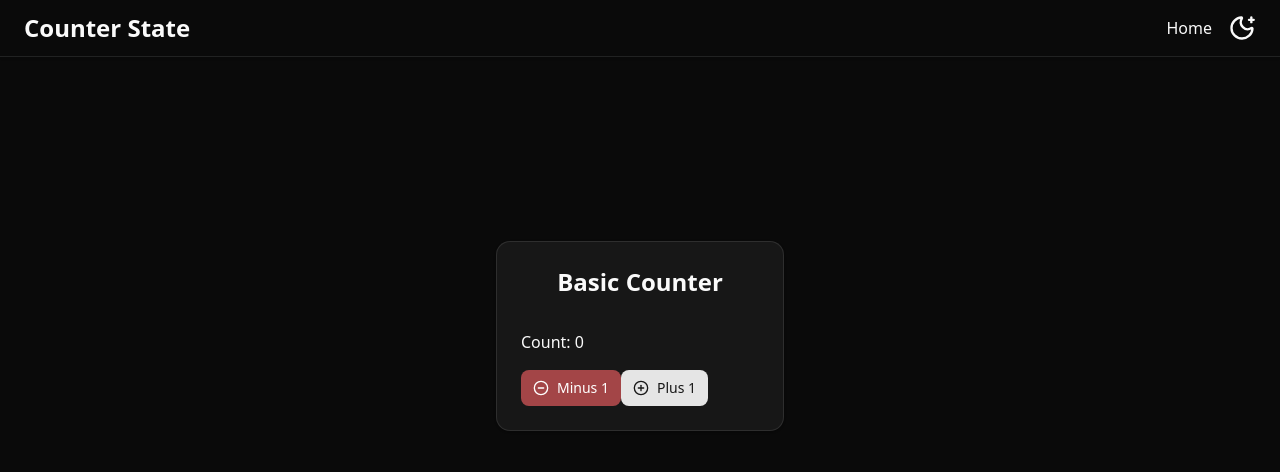
Repository: dev-piyushsarkar/counter-state-project
Page: /
An editor plug-in stored every save of this project. The page is shown before and after the next save, followed by the edit.
The browser window is 1280 px wide. The pictures show the whole page.
The project was rebuilt for these pictures with package versions that can differ from the ones it lists, and the page was loaded fresh each time. The framework's server and built-in components were replaced by stand-ins that run in the browser. Also part of the build but not shown: next.config.ts.

Above is the page before, as saved 2025-11-15 13:48:00.

After the next save:
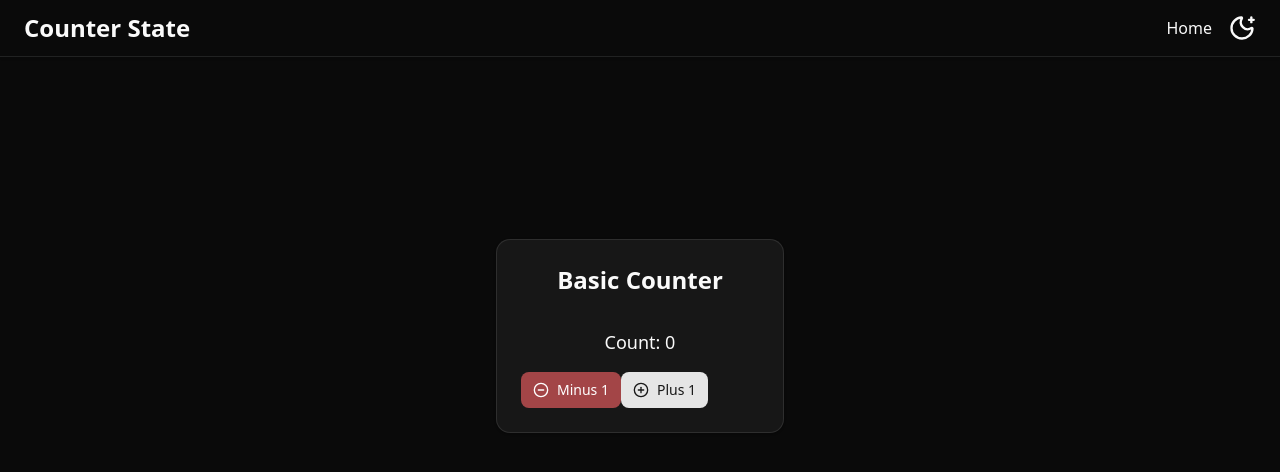
Saved 2 min 22 s later.
--- a/src/app/page.tsx
+++ b/src/app/page.tsx
@@ -23,7 +23,7 @@ const page = () => {
 					</CardTitle>
 				</CardHeader>
 				<CardContent className="space-y-4">
-					<div className="">Count: 0</div>
+					<div className="text-center text-lg">Count: 0</div>
 					<div className="">
 						<Button variant={"destructive"}>
 							<MinusCircle /> Minus 1
